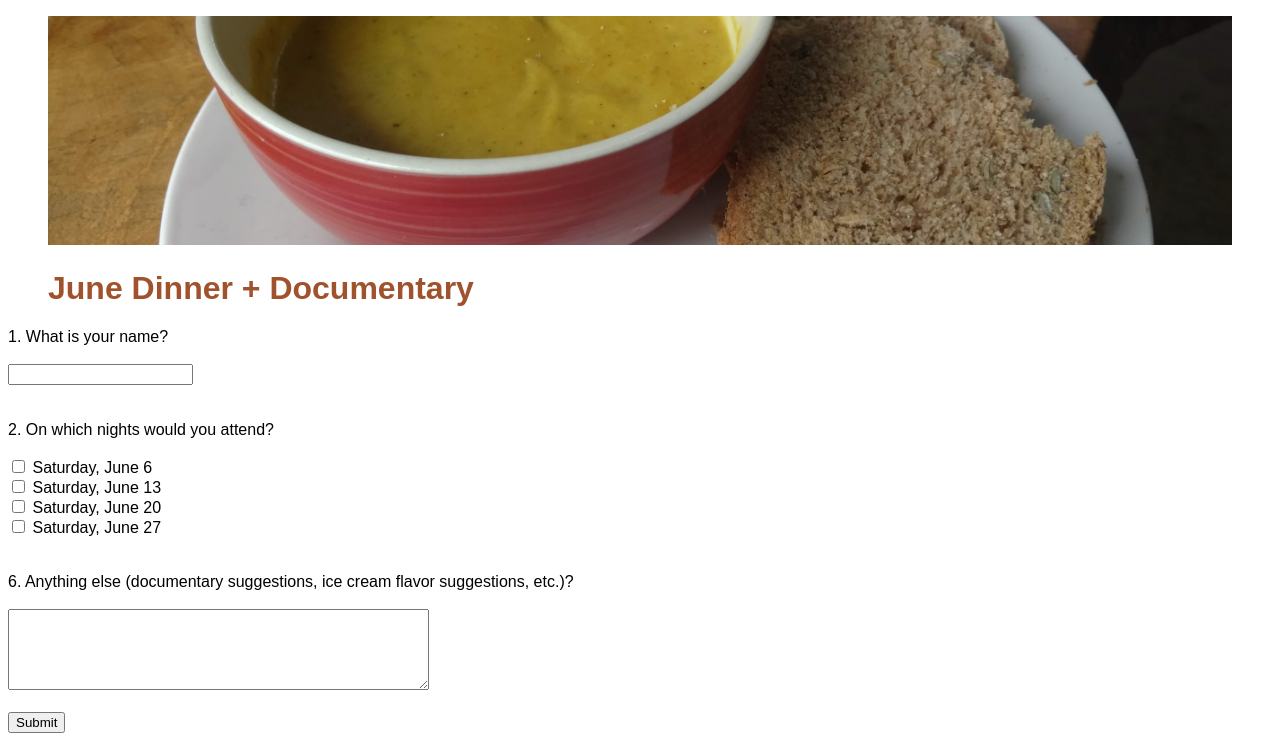
Repository: bhuhmann/event-survey
Page: survey.html
These files come from the project's save history. The page is drawn as it stood at one moment and after the next save; the edit follows.
The browser window is 1280 px wide. The pictures show the whole page.

Above is the page before, as saved 2020-04-01 17:40:21.

After the next save:
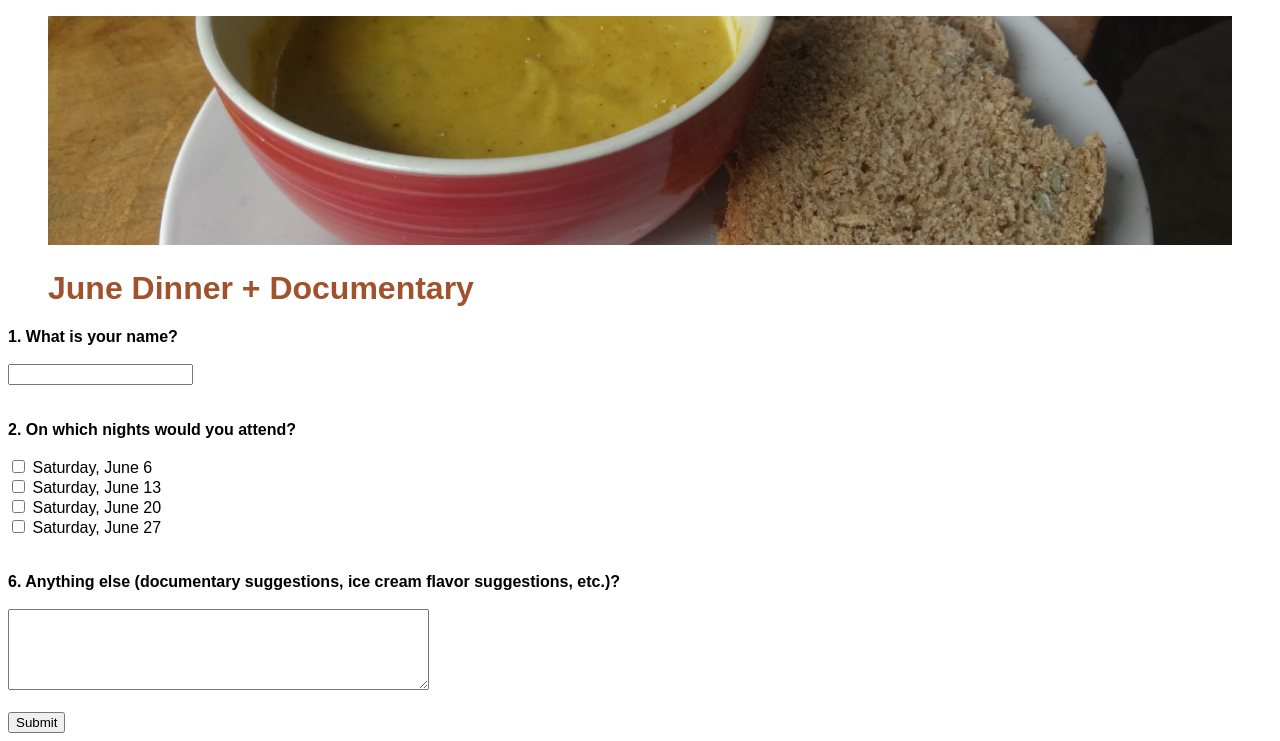
Saved 53 s later.
--- a/style.css
+++ b/style.css
@@ -16,4 +16,5 @@ body {
 
 .question {
     font-size: 32;
+    font-weight: bold;
 }
